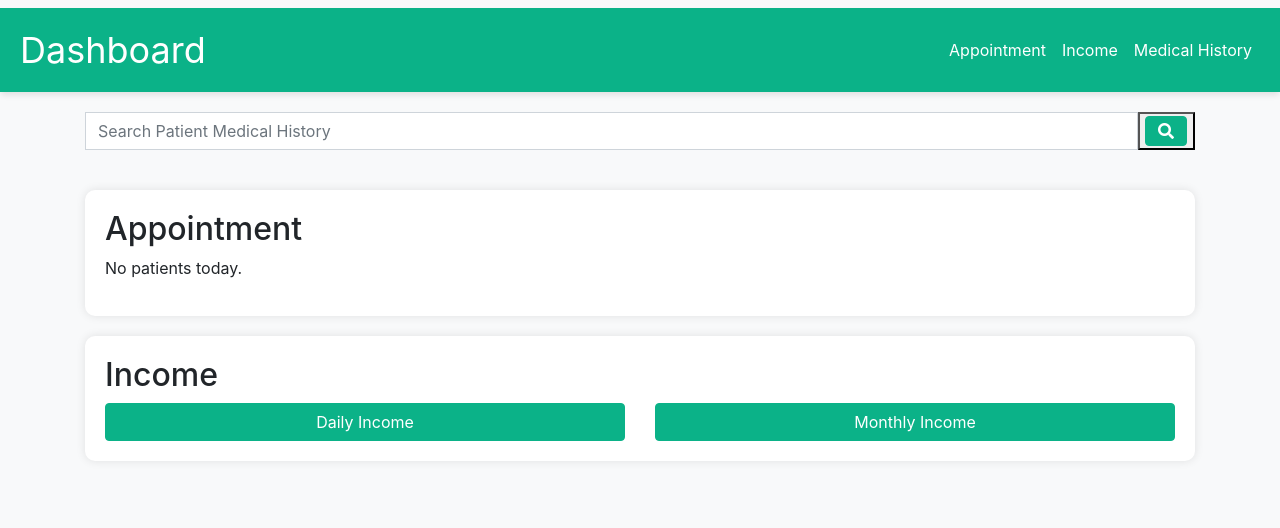
Repository: theonlymono/FitfinityHealthcareWebsiteJ2EE
Page: http://localhost/Fitfinity/doctorDashboard.jsp
An editor plug-in stored every save of this project. The page is shown before and after a run of saves, followed by the edit.
The browser window is 1280 px wide. The pictures show the whole page.
Some web libraries are served in a nearby version. The page is served by Tomcat 9. Other server files are loaded and not shown. Queries for data that is not in the repository find no rows.

Above is the page before, as saved 2024-02-28 19:16:11.

### fitfinity/Fitfinity/WebContent/doctorDashboard.jsp
<%@page import="EditHistory.HistoryDAO"%>
<%@page import="ViewPatientList.PListServlet"%>
<%@page import="ViewPatientList.PatientListDAO"%>
<%@ page language="java" contentType="text/html; charset=UTF-8" pageEncoding="UTF-8"%>
<%@ page import="ViewPatientList.PatientInfo" %>
<%@ page import="java.util.List" %>
<%@ page import="ViewHistory.*" %>
<!DOCTYPE html>
<html lang="en">
<head>
  <meta charset="UTF-8">
  <meta name="viewport" content="width=device-width, initial-scale=1.0">
  <title>Doctor's Dashboard</title>
  <link href="https://stackpath.bootstrapcdn.com/bootstrap/4.5.2/css/bootstrap.min.css" rel="stylesheet">
  <link rel="stylesheet" href="https://cdnjs.cloudflare.com/ajax/libs/font-awesome/5.15.4/css/all.min.css">
  <style>
    <%-- Custom CSS --%>
    body {
      background-color: #f8f9fa;
    }
    a{
    text-decoration: none;
    }
    .navbar {
      background-color: #0bb288;
      box-shadow: 0 4px 6px -1px rgba(0,0,0,0.1);
      padding: 10px 20px;
    }
    .navbar-brand {
      color: white !important;
      font-size: 2.25rem;
      margin-right: auto;
      padding-right: 33%;
    }
    .nav-link{
      color: white !important;
    }

    .navbar-toggler {
      position: absolute;
      top: 21px; /* Adjust top position as needed */
      right: 20px; /* Adjust right position as needed */
      z-index: 1000; /* Ensure it's above other elements */
    }

    .container {
      margin-top: 20px;
    }
    .dashboard-section {
      padding: 20px;
      margin-bottom: 20px;
      background-color: #fff;
      border-radius: 10px;
      box-shadow: 0 0 10px rgba(0,0,0,0.1);
    }
    .btn-primary {
      background-color: #0bb288 !important;
      border-color: #0bb288 !important;
      width: 100%;
    }
    .btn-primary:hover {
      background-color: #0f886a !important;
      border-color: #0f886a !important;
      text-decoration: none;
    }
    .btn-primary:active, .btn-primary:focus {
      background-color: #0f886a !important;
      border-color: #0f886a !important;
      box-shadow: none !important;
    }

    .btn-success {
      background-color: #0bb288;
      border-color: #0bb288;
      width: 100%;
    }
    .patient-container {
      max-height: 570px;
      overflow-y: auto;
    }
    .search-icon:hover {
      background-color: #0bb288 !important;
      border-color: #0bb288 !important;
      cursor: pointer;
    }
    .search-icon {
      transition: transform 0.3s ease;
    }
    .search-icon:hover {
      transform: scale(1.2);
    }
    .search-icon:active {
      transform: scale(0.9);
    }
    .form-control:focus {
      outline: none;
      box-shadow: 0 0 5px 0 #0bb288;
      border-color: #0bb288;
    }
    .back-to-top {
      position: fixed;
      bottom: 40px;
      right: 40px;
      display: none;
      width: 40px;
      height: 40px;
      background-color: #0bb288;
      color: #fff;
      border-radius: 50%;
      text-align: center;
      line-height: 40px;
      cursor: pointer;
      z-index: 9999;
    }

    @media (max-width: 767.98px) {
    /* Adjust position for smaller screens */
    .back-to-top {
    bottom: 120px; /* Adjust as needed */
    }
    }

    .back-to-top i {
      font-size: 20px;
    }

    .back-to-top:hover {
      background-color: #0f886a;
      color: #fff;
    }

    .patient-container .row {
	    margin-right: -15px;
	    margin-left: -15px;
	}

	.patient-container .col-md-4 {
	    padding-right: 15px;
	    padding-left: 15px;
	}

	table {
        width: 100%;
        margin-top: 20px;
        border-collapse: collapse;
        overflow: hidden;
        box-shadow: 0 0 10px rgba(0, 0, 0, 0.1);
    }

    th, td {
        padding: 12px;
        text-align: center;
        border-bottom: 1px solid #ddd; /* Add a subtle border between rows */
    }

    th {
        background-color: #0bb288;
        color: white;
    }

    tr:nth-child(even) {
        background-color: #f8f9fa; /* Use a light background color for even rows */
    }

    tr:hover {
        background-color: #e0f7fa; /* Highlight the row on hover */
    }

    .error-message {
            background-color: #ffcccc;
            color: #ff0000;
            padding: 10px;
            margin-top: 10px;
            border: 1px solid #ff0000;
            border-radius: 5px;
        }


  </style>
</head>
<body>
<% String userid = (String) request.getAttribute("userID"); %>
<h1></h1>
  <nav class="navbar navbar-expand-lg navbar-light">
    <a class="navbar-brand" href="#">Dashboard</a>
    <button class="navbar-toggler" type="button" data-toggle="collapse" data-target="#navbarNav" aria-controls="navbarNav" aria-expanded="false" aria-label="Toggle navigation">
      <span class="navbar-toggler-icon"></span>
    </button>
    <div class="collapse navbar-collapse" id="navbarNav">
      <ul class="navbar-nav ml-auto">
        <li class="nav-item">
          <a class="nav-link" href="#appointment">Appointment</a>
        </li>
        <li class="nav-item">
          <a class="nav-link" href="#income">Income</a>
        </li>
        <li class="nav-item">
          <a class="nav-link" href="#medical-history">Medical History</a>
        </li>
      </ul>
    </div>
  </nav>

  <div class="container">
  <form action="${pageContext.request.contextPath}/ViewHistoryServlet" method="post">
  	<div class="row">
      <%-- 3rd Row: View and Edit Patients' Medical History --%>
      <div class="col-md-12" id="medical-history">

          <div class="row">
            <div class="col-md-12">
              <div class="input-group mb-3">
              	<input type="hidden" name="userid" value="<%= userid %>">
                <input type="text" class="form-control" name="id" placeholder="Search Patient Medical History">
                <button type="submit">
	                <div class="input-group-append">

	                  <span class="input-group-text" style="background-color: #0bb288; border-color: #0bb288;">
	                    <i class="fas fa-search search-icon" style="color: white;"></i>
	                  </span>
	                </div>
                </button>
              </div>
            </div>
          </div>
      </div>
    </div>
    </form>

    <% ViewDAO daoo = new ViewDAO();
        String pid = (String) request.getAttribute("pid");
    	List<History> historyList = daoo.viewHistory(pid);

    	if (pid!=null && !pid.isEmpty()) {
          	if (historyList != null && !historyList.isEmpty()) { %>
            <table>
            <tr>
                <th>Patient Name</th>
                <th>Doctor Name</th>
                <th>Date</th>
                <th>Allergies</th>
                <th>Surgical Procedures</th>
                <th>Past History</th>
                <th>Family History</th>
                <th>Medicine</th>
            </tr>

            <% for (History h : historyList) { %>
                <tr>
                    <td><%= h.getPatientName() %></td>
                    <td><%= h.getDoctorName() %></td>
                    <td><%= h.getDate() %></td>
                    <td><%= h.getAllergies() %></td>
                    <td><%= h.getSurgical() %></td>
                    <% String past = h.getPast();
                    	if(past.equals("None")){ %>
                    		<td><%= h.getCurrent() %></td>
                    	<% } else { %>
                    		<td><%= h.getPast() %>, <%=h.getCurrent() %></td>
                    	<% } %>
                    <td><%= h.getFamily() %></td>
                    <td><%= h.getMedicine() %></td>
                </tr>
            <% } %>
        </table>
        <% } else { %>
            <div class="error-message">
                No medical history available for this patient.
            </div>
        <% } %>
    <% } %>

    <br>


    <div class="row">
      <div class="col-md-12" id="appointment">
            <div class="dashboard-section">
            <h2>Appointment</h2>
            <!-- Add your content here for viewing appointments -->
            <div class="patient-container">
			<%
			   PatientListDAO dao = new PatientListDAO();
			   List<PatientInfo> list = dao.getPatientList(userid);

			   if (list != null && !list.isEmpty()) {
			       int count = 0; // Counter to keep track of patients
			       for (PatientInfo l : list) {
			           if (count % 3 == 0) {
			%>
			               <div class="row">
			<%
			           }
			%>
			               <div class="col-md-4">
			                   <div class="card">
			                       <div class="card-body">
			                           <h5 class="card-title">Patient Profile</h5>
			                           <p class="card-text">ID: <%= l.getPatientID() %></p>
			                           <p class="card-text">Name: <%= l.getPatientName() %></p>
			                           <p class="card-text">Age: <%= l.getAge() %></p>
			                           <p class="card-text">Gender: <%= l.getGender() %></p>


			                           <% String patientID = l.getPatientID();
			                           	  HistoryDAO hdao = new HistoryDAO();

			                           	  boolean isCompleted = hdao.checkCompleted(patientID);

			                           %>

										<a href="<%= isCompleted ? "#" : "./EditHistory_(Doctor)/AddHistory.jsp?userid=" + userid %>&patientID=<%= patientID %>">
										   <button type="button" class="btn btn-primary" <%= isCompleted ? "disabled" : "" %>>
										      <%= isCompleted ? "Completed" : "Edit Medical History" %>
										   </button>
										</a>



			                       </div>
			                   </div>
			               </div>
			<%
			           count++;
			           if (count % 3 == 0 || count == list.size()) {
			%>
			               </div>
			<%
			           }
			       }
			   } else {
			%>
			       <p>No patients today.</p>
			<%
			   }
			%>
			</div>

      </div>
    </div>
  	</div>

    <div class="row">
      <%-- 2nd Row: View Salary --%>
      <div class="col-md-12" id="income">
        <div class="dashboard-section">
          <h2>Income</h2>
          <div class="row">
            <div class="col-md-6">
             <a href="./dailySalary.jsp?userid=<%= userid %>">
              <button type="button" class="btn btn-primary btn-block btn-income">Daily Income</button>
             </a>
            </div>
            <div class="col-md-6">
            <a href="./monthlySalary.jsp?userid=<%= userid %>&hash">
              <button type="button" class="btn btn-primary btn-block btn-income">Monthly Income</button>
              </a>
            </div>
          </div>
        </div>
      </div>
    </div>

  </div>
  <a href="#" class="back-to-top" id="backToTop"><i class="fas fa-arrow-up"></i></a>
  <script src="https://code.jquery.com/jquery-3.5.1.slim.min.js"></script>
  <script src="https://cdn.jsdelivr.net/npm/@popperjs/core@2.5.4/dist/umd/popper.min.js"></script>
  <script src="https://stackpath.bootstrapcdn.com/bootstrap/4.5.2/js/bootstrap.min.js"></script>
  <script>
    // Smooth scrolling
    document.querySelectorAll('a[href^="#"]').forEach(anchor => {
      anchor.addEventListener('click', function (e) {
        e.preventDefault();
        document.querySelector(this.getAttribute('href')).scrollIntoView({
          behavior: 'smooth'
        });
      });
    });

    // Show back to top button when scrolling down
    window.addEventListener('scroll', function() {
      var backToTopButton = document.getElementById('backToTop');
      if (window.pageYOffset > 100) {
        backToTopButton.style.display = 'block';
      } else {
        backToTopButton.style.display = 'none';
      }
    });

    // Scroll to top when back to top button is clicked
    document.getElementById('backToTop').addEventListener('click', function(e) {
      e.preventDefault();
      window.scrollTo({
        top: 0,
        behavior: 'smooth'
      });
    });
  </script>
</body>
</html>

### fitfinity/Fitfinity/src/main/java/ViewHistory/ViewDAO.java
package ViewHistory;

import java.sql.Connection;
import java.sql.DriverManager;
import java.sql.PreparedStatement;
import java.sql.ResultSet;
import java.util.ArrayList;
import java.util.List;

public class ViewDAO {


	public List<History> viewHistory(String pID){

		List<History> list = new ArrayList<History>();

		try {
			Class.forName("com.mysql.cj.jdbc.Driver");

			Connection c = DriverManager.getConnection("jdbc:mysql://localhost:3306/fitfinity","root", "");
			String query = "SELECT p.patientName, d.doctorName, h.dateOfVisit, h.allergies, h.surgicalProcedures, h.pastMedHistory, h.currentMedHistory, h.familyHistory, h.medication FROM history h LEFT JOIN patients p ON p.patientID = h.patientID LEFT JOIN doctors d ON d.doctorID = h.doctorID WHERE h.patientID = ?";
			PreparedStatement p = c.prepareStatement(query);
			p.setString(1, pID);

			ResultSet r = p.executeQuery();

			while(r.next()) {
				list.add(new History(r.getString("patientName"), r.getString("doctorName"), r.getString("dateOfVisit"), r.getString("allergies"), r.getString("surgicalProcedures"), r.getString("pastMedHistory"), r.getString("currentMedHistory"), r.getString("familyHistory"), r.getString("medication")));
			}
		}
		catch(Exception e) {
            e.printStackTrace();
        }

		return list;
	}

	public List<History> viewMyHistory(String pid){
		List<History> myList = new ArrayList<History>();

		try {
			Class.forName("com.mysql.cj.jdbc.Driver");

			Connection c = DriverManager.getConnection("jdbc:mysql://localhost:3306/fitfinity","root", "");
			String query = "SELECT h.dateOfVisit, d.doctorName, h.allergies, h.surgicalProcedures, h.pastMedHistory, h.currentMedHistory, h.familyHistory, h.medication FROM history h LEFT JOIN patients p ON p.patientID = h.patientID LEFT JOIN doctors d ON d.doctorID = h.doctorID WHERE h.patientID = ?";
			PreparedStatement p = c.prepareStatement(query);
			p.setString(1, pid);

			ResultSet r = p.executeQuery();

			while(r.next()) {
				myList.add(new History(r.getString("dateOfVisit"), r.getString("doctorName"), r.getString("allergies"), r.getString("surgicalProcedures"), r.getString("pastMedHistory"), r.getString("currentMedHistory"), r.getString("familyHistory"), r.getString("medication")));
			}
		} catch (Exception e) {
			e.getStackTrace();
		}

		return myList;
	}
}

### fitfinity/Fitfinity/src/main/java/ViewPatientList/PatientListDAO.java
package ViewPatientList;

import java.sql.Connection;
import java.sql.DriverManager;
import java.sql.PreparedStatement;
import java.sql.ResultSet;
import java.sql.Statement;
import java.util.ArrayList;
import java.util.List;

public class PatientListDAO {

	public List<PatientInfo> getPatientList(String userid)
	{
		List<PatientInfo> list = new ArrayList<PatientInfo>();

		try {
			Class.forName("com.mysql.cj.jdbc.Driver");

			Connection c = DriverManager.getConnection("jdbc:mysql://localhost:3306/fitfinity","root", "");

			String query = "SELECT a.patientID, p.patientName, p.gender, FLOOR(DATEDIFF(CURDATE(), p.patientDOB) / 365) AS age FROM appointments a LEFT JOIN patients p ON a.patientid = p.patientid WHERE a.doctorID = ? AND a.appointmentData = CURDATE()";
			PreparedStatement p = c.prepareStatement(query);

			p.setString(1, userid);
			ResultSet r = p.executeQuery();

			while(r.next()) {
				list.add(new PatientInfo(r.getString("patientID"), r.getString("patientName"), r.getString("gender"), r.getInt("age")));
			}
		}
		catch (Exception e) {
			e.getStackTrace();
		}


		return list;
	}
}

After the next 2 saves:
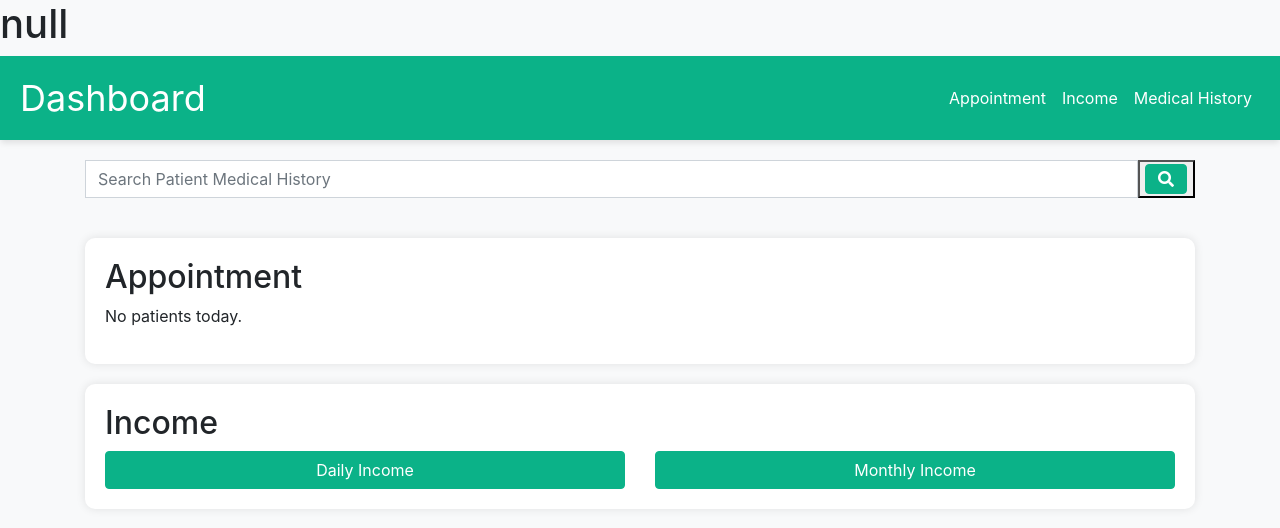
The 2 saves are shown as one change because they came seconds apart.
The last was saved 9 s later.
--- a/fitfinity/Fitfinity/WebContent/doctorDashboard.jsp
+++ b/fitfinity/Fitfinity/WebContent/doctorDashboard.jsp
@@ -180,7 +180,7 @@
 </head>
 <body>
 <% String userid = (String) request.getAttribute("userID"); %>
-<h1></h1>
+<h1><%=userid %></h1>
   <nav class="navbar navbar-expand-lg navbar-light">
     <a class="navbar-brand" href="#">Dashboard</a>
     <button class="navbar-toggler" type="button" data-toggle="collapse" data-target="#navbarNav" aria-controls="navbarNav" aria-expanded="false" aria-label="Toggle navigation">
